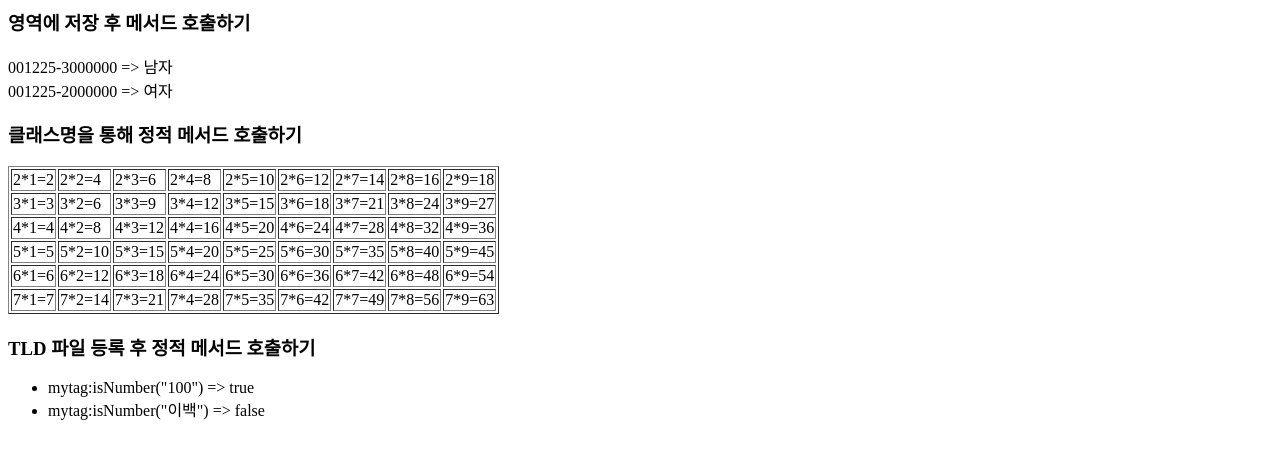
Repository: jungwoonAn/jsp_basic
Page: http://localhost/MustHaveJSP/10_EL/ELCallMethod.jsp
The author's editor kept a copy of each file at every save. The page is drawn from the files as they stood at one save, then again after the next save.
The browser window is 1280 px wide. The pictures show the whole page.
The page is served by Tomcat 10.

Above is the page before, as saved 2024-10-24 07:17:06.

After the next save:
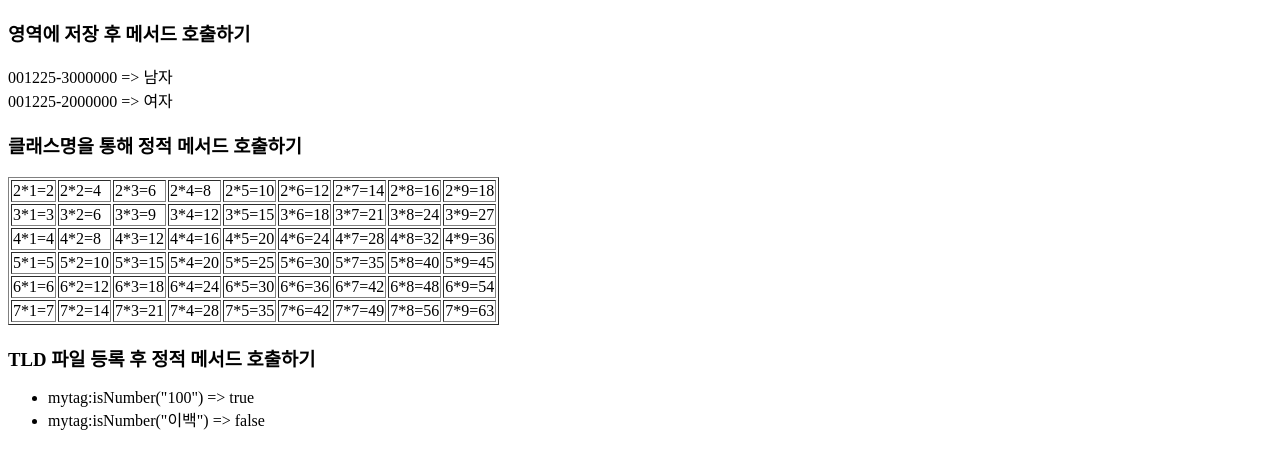
Saved 12 min 24 s later.
--- a/MustHaveJSP/src/main/webapp/10_EL/ELCallMethod.jsp
+++ b/MustHaveJSP/src/main/webapp/10_EL/ELCallMethod.jsp
@@ -6,8 +6,12 @@
 MyELClass myClass = new MyELClass(); // 객체 생성
 pageContext.setAttribute("myClass", myClass); // page 영역에 저장
 %>
+<!DOCTYPE html>
 <html>
-<head><title>표현 언어(EL) - 메서드 호출</title></head>
+<head>
+<meta charset="UTF-8">
+<title>표현 언어(EL) - 메서드 호출</title>
+</head>
 <body>
     <h3>영역에 저장 후 메서드 호출하기</h3>
     001225-3000000 => ${ myClass.getGender("001225-3000000") } <br />
